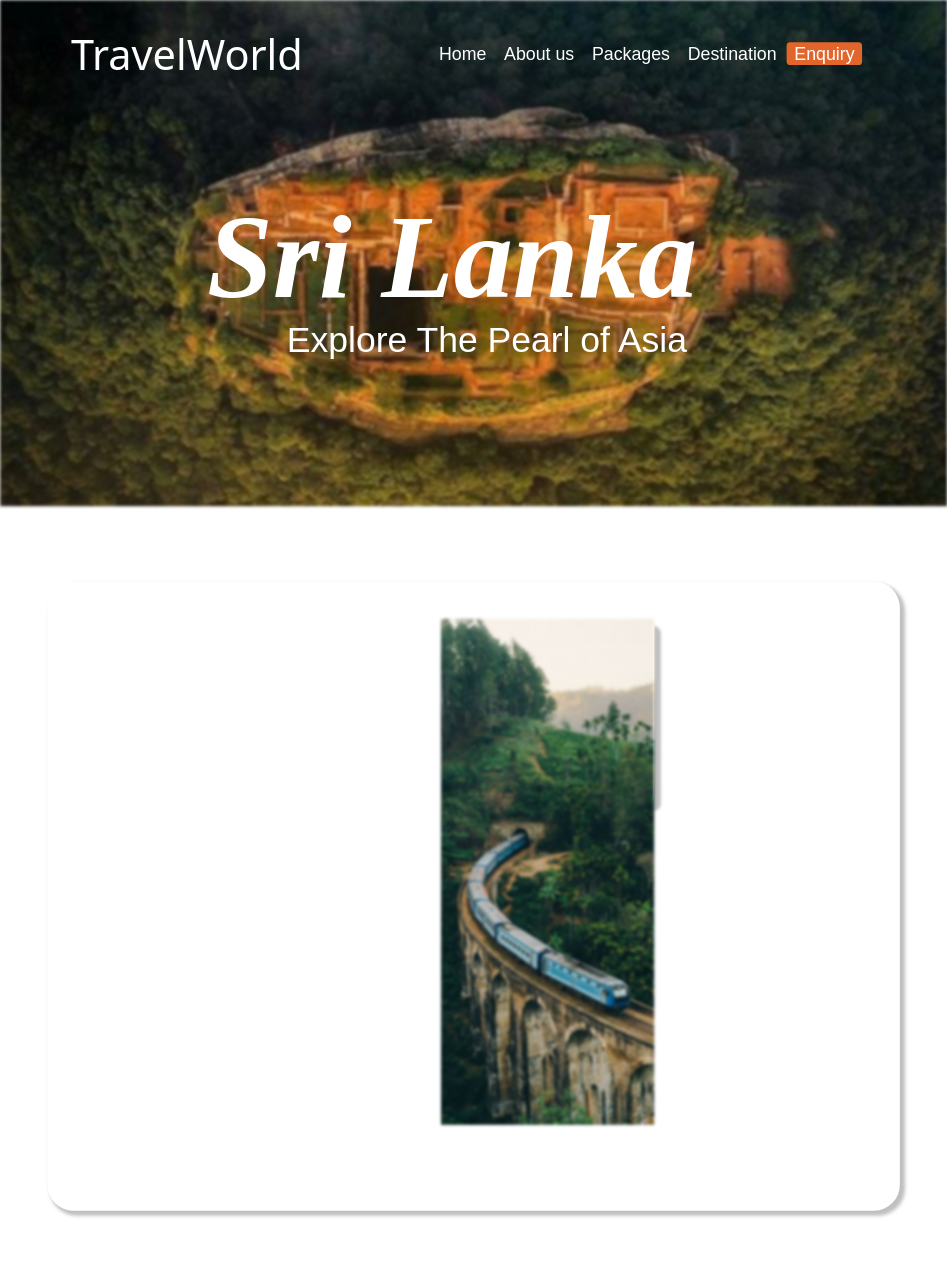
Repository: Haakim19/TavelWorld
Page: HTML/Home.html
These files come from the project's save history. The page is drawn as it stood at one moment and after the next save; the edit follows.
The browser window is 1280 px wide. The pictures show the whole page, at 74% of full size.
Some web fonts or font styles are not loaded; a fallback is used.

Above is the page before, as saved 2024-11-02 12:01:33.

After the next save:
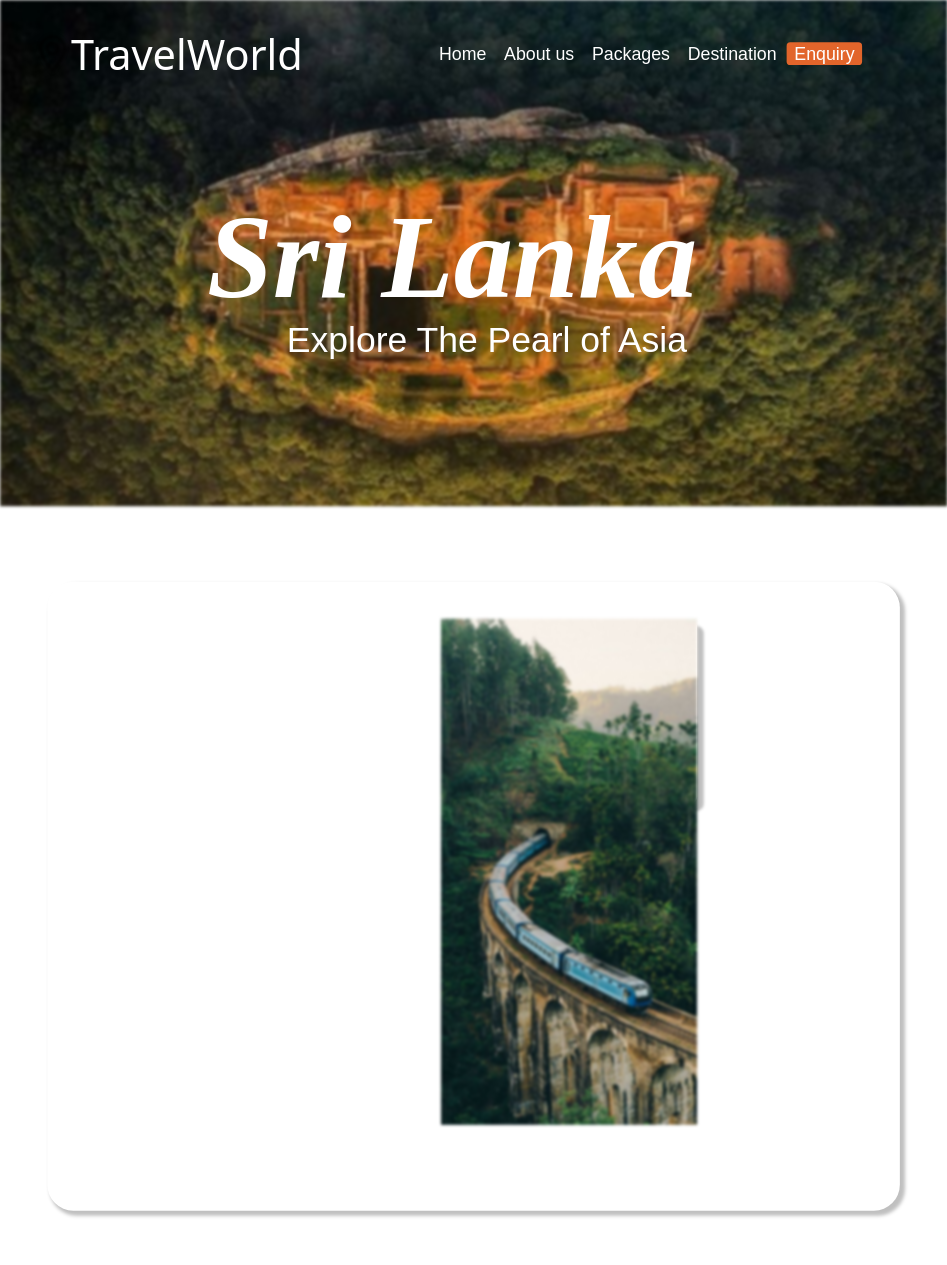
Saved 8 s later.
--- a/CSS/home.css
+++ b/CSS/home.css
@@ -122,7 +122,7 @@ section {
 }
 .container .box1{
     position: absolute;
-    width: 25%;
+    width: 30%;
     height: 250px;
     left: 532px;
     top: 50px;
